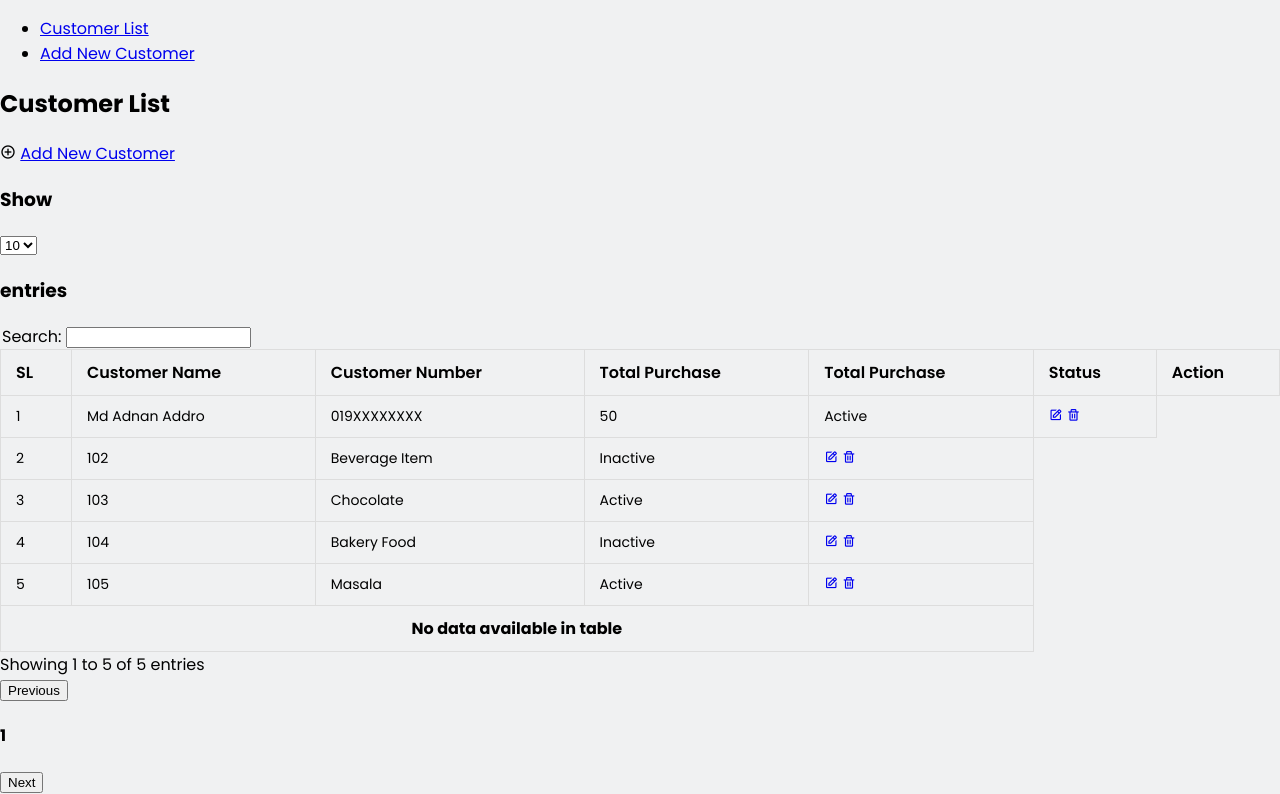
Repository: codebyaddro/customer-page
Page: customer.html
An editor plug-in stored every save of this project. The page is shown before and after a run of saves, followed by the edit.
The browser window is 1280 px wide. The pictures show the whole page.

Above is the page before, as saved 2025-02-20 14:00:15.

After the next 14 saves:
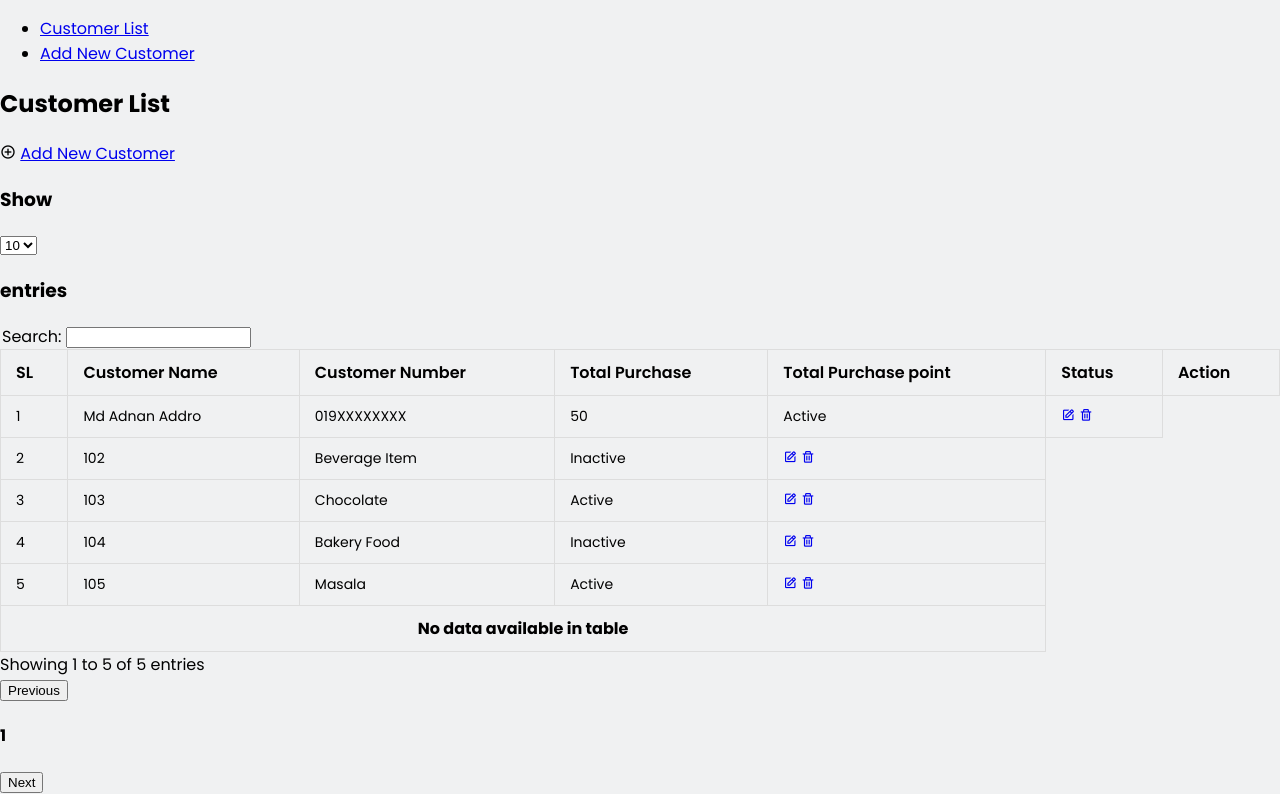
The 14 saves are shown as one change because they came seconds apart.
The last was saved 24 s later.
--- a/customer.html
+++ b/customer.html
@@ -50,7 +50,7 @@
                             <th title="Code">Customer Name</th>
                             <th title="Category Name">Customer Number</th>
                             <th title="Status">Total Purchase</th>
-                            <th title="Status">Total Purchase</th>
+                            <th title="Status">Total Purchase point</th>
                             <th title="Status">Status</th>
                             <th title="Action">Action</th>
                         </tr>
